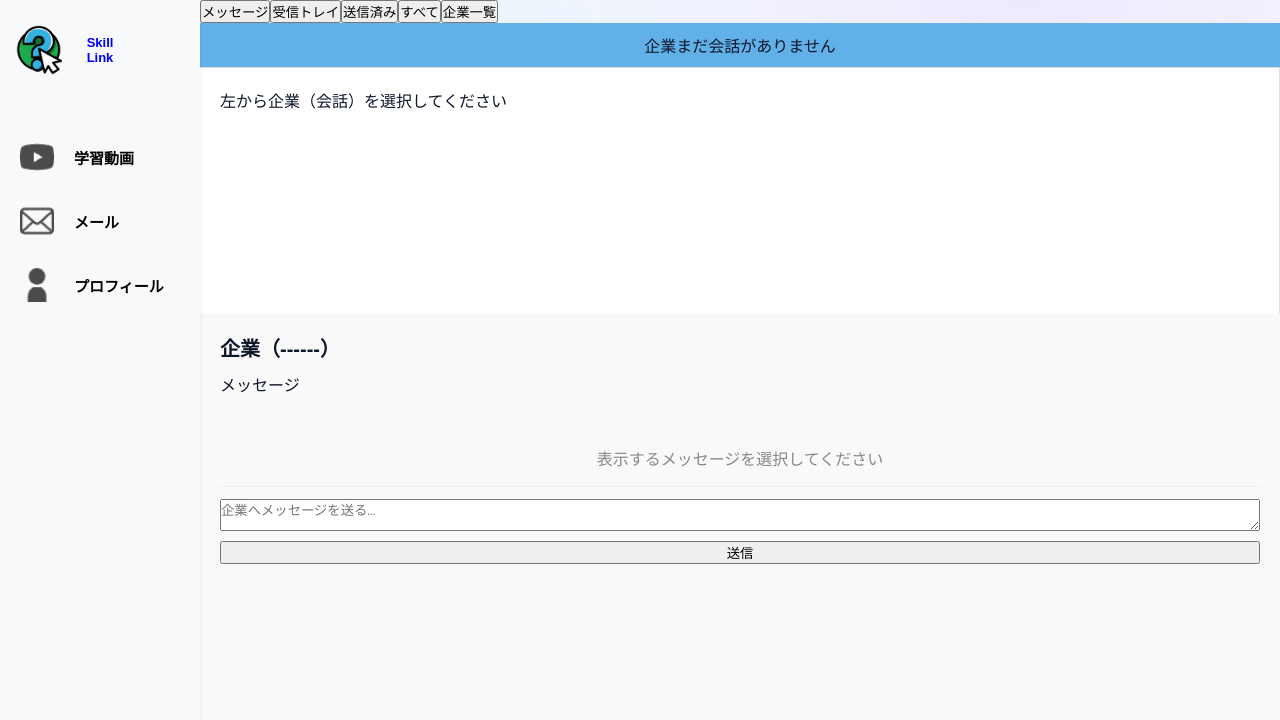
Repository: kobuchisouta/work-app
Page: /dashboard/student/mail
The author's editor kept a copy of each file at every save. The page is drawn from the files as they stood at one save, then again after the next save.
The browser window is 1280 px wide. The pictures show the whole page.
The project was rebuilt for these pictures with package versions that can differ from the ones it lists, and the page was loaded fresh each time. The framework's server and built-in components were replaced by stand-ins that run in the browser. Also part of the build but not shown: next.config.ts.

Above is the page before, as saved 2026-01-29 02:12:08.

### src/app/dashboard/layout.tsx
// src/app/dashboard/layout.tsx
import styles from "./layout.module.css";

export default function DashboardLayout({
  children,
}: {
  children: React.ReactNode;
}) {
  return <div className={styles.container}>{children}</div>;
}

### src/app/dashboard/student/layout.tsx
// src/app/dashboard/student/layout.tsx
import StudentMenubar from "@/app/components/menubar/StudentMenubar";
import styles from "../layout.module.css";

export default function StudentLayout({ children }: { children: React.ReactNode }) {
    return (
        <div className={styles.container}>
            <StudentMenubar />
            {children}
        </div>
    );
}

### src/app/globals.css
:root {
	--background: #ffffff;
	--foreground: #171717;
}

html,
body {
	max-width: 100vw;
	overflow-x: hidden;
	height: 100vh;
}

body {
	color: var(--foreground);
	background: var(--background);
	font-family: Arial, Helvetica, sans-serif;
	-webkit-font-smoothing: antialiased;
	-moz-osx-font-smoothing: grayscale;
}

* {
	box-sizing: border-box;
	padding: 0;
	margin: 0;
}

a {
	color: inherit;
	text-decoration: none;
}

@media (prefers-color-scheme: dark) {
	html {
		color-scheme: dark;
	}
}

/* src/app/globals.css */

html,
body {
  height: 100%;
}

body {
  margin: 0;
  background: radial-gradient(1200px 800px at 20% 10%, #e8f3ff 0%, transparent 55%),
    radial-gradient(900px 700px at 80% 0%, #efe9ff 0%, transparent 60%),
    #f7f8fb;
  color: #0f172a;
}

/* 任意：リンクの見た目 */
a {
  color: inherit;
  text-decoration: none;
}

### src/app/dashboard/layout.module.css
.container {
  display: flex;
  width: 100%;
  min-height: 100vh;
}

.main {
  flex: 1;
  width: 100%;
  min-width: 0;

  /* height:100vh は残しても良いけど、まずは min-height に寄せた方が安全 */
  min-height: 100vh;
  overflow-y: auto;

  background: #fff;

  /* ✅ 右側に余白を付ける（これだけで “左に詰まってる感” が減る） */
  padding: 24px 32px;
  box-sizing: border-box;
}

### src/app/components/menubar/StudentMenubar.tsx
// src/app/components/menubar/StudentMenubar.tsx
import Image from "next/image";
import styles from "./style.module.css";
import Link from "next/link";

export default function StudentMenubar() {
    return (
        <div className={styles.menuBarWrap}>
            <div className={styles.logo}>
                <Image src="/logo.png" alt="logo" width={100} height={100} priority />
                <p>Skill Link</p>
            </div>

            <div className={styles.menuBar}>
                <Link href="/dashboard/student/movie/level" className={styles.menuItem}>
                    <Image src="/playback.png" alt="logo" width={34} height={34} priority />
                    <p className={styles.menuText}>学習動画</p>
                </Link>

                <Link href="/dashboard/student/mail" className={styles.menuItem}>
                    <Image src="/mail.png" alt="logo" width={34} height={34} priority />
                    <p className={styles.menuText}>メール</p>
                </Link>

                <Link href="/dashboard/student/profile" className={styles.menuItem}>
                    <Image src="/person.png" alt="logo" width={34} height={34} priority />
                    <p className={styles.menuText}>プロフィール</p>
                </Link>
            </div>
        </div>
    );
}

### src/app/dashboard/student/mail/email.module.css
/* styles/emails.module.css */

.container {
	display: flex;
	flex-direction: column;
	height: 100vh;
	font-family: "Arial", sans-serif;
	width: 100%;
}

/* サイドバー */
.sidebar {
	width: 100%;
	background-color: #62b0e8;
	padding: 10px 20px;
	display: flex;
	justify-content: center;
	align-items: center;
	border-bottom: 1px solid #ddd;
}

.sidebar ul {
	list-style: none;
	padding: 0;
	display: flex;
	gap: 30px;
}

.sidebar li {
	color: white;
	font-size: 16px;
	font-weight: bold;
	padding: 10px 15px;
	cursor: pointer;
	border-radius: 5px;
	transition: background-color 0.3s;
}

.sidebar li:hover {
	background-color: #1f2f54;
}

.selectedFolder {
	background-color: #1f2f54;
}

/* メインコンテンツ */
.main {
	display: flex;
	flex: 1;
	overflow: hidden;
}

/* メールリスト */
.emailList {
	flex: 1;
	padding: 20px;
	overflow-y: auto;
	background-color: #fff;
	border-right: 1px solid #ddd;
}

.emailList h2 {
	font-size: 18px;
	margin-bottom: 15px;
}

.emailItem {
	padding: 15px;
	border: 1px solid #ddd;
	border-radius: 5px;
	margin-bottom: 10px;
	cursor: pointer;
	transition: background-color 0.3s, border-color 0.3s;
}

.emailItem:hover {
	background-color: #f9f9f9;
	border-color: #bbb;
}

.selected {
	background-color: #0070f3;
	color: #fff;
	border-color: #005bb5;
}

.emailItem h3 {
	margin: 0 0 5px;
	font-size: 16px;
}

.emailItem .sender {
	font-size: 14px;
	color: #555;
	margin-bottom: 5px;
}

.emailItem .preview {
	font-size: 12px;
	color: #777;
}

/* メール詳細 */
.emailDetails {
	flex: 1.5;
	padding: 20px;
	background-color: #f9f9f9;
}

.emailDetails h2 {
	font-size: 20px;
	margin-bottom: 10px;
}

.emailDetails .sender {
	font-size: 14px;
	color: #555;
	margin-bottom: 20px;
}

.noSelection {
	font-size: 16px;
	color: #888;
	text-align: center;
	margin-top: 50px;
}


.composer {
  margin-top: 16px;
  border-top: 1px solid #eee;
  padding-top: 12px;
  display: grid;
  gap: 10px;
}

.composerInput {
  width: 100%;
  min-height: 90px;
  padding: 10px;
  border: 1px solid #ddd;
  border-radius: 8px;
  resize: vertical;
  outline: none;
}

.composerBtn {
  padding: 12px;
  border: none;
  border-radius: 8px;
  background: #4caf50;
  color: #fff;
  font-weight: 700;
  cursor: pointer;
}

.composerBtn:hover {
  background: #45a049;
}

### src/app/lib/chat.ts
"use client";

import { db } from "@/firebase";
import {
  addDoc,
  collection,
  doc,
  getDoc,
  onSnapshot,
  orderBy,
  query,
  serverTimestamp,
  setDoc,
  where,
} from "firebase/firestore";

export type ConversationDoc = {
  members: string[];
  createdAt?: any;
  updatedAt?: any;
  lastMessage?: string;
};

export type MessageDoc = {
  senderUid: string;
  text: string;
  createdAt?: any;
};

export function makeConversationId(uid1: string, uid2: string) {
  return [uid1, uid2].sort().join("_");
}

export async function ensureConversation(conversationId: string, members: string[]) {
  const ref = doc(db, "conversations", conversationId);
  const snap = await getDoc(ref);

  if (!snap.exists()) {
    await setDoc(ref, {
      members,
      createdAt: serverTimestamp(),
      updatedAt: serverTimestamp(),
      lastMessage: "",
    } satisfies ConversationDoc);
  }
}

export async function sendMessage(params: {
  conversationId: string;
  senderUid: string;
  text: string;
}) {
  const { conversationId, senderUid, text } = params;

  const msgCol = collection(db, "conversations", conversationId, "messages");

  await addDoc(msgCol, {
    senderUid,
    text,
    createdAt: serverTimestamp(),
  } satisfies MessageDoc);

  await setDoc(
    doc(db, "conversations", conversationId),
    {
      updatedAt: serverTimestamp(),
      lastMessage: text,
    },
    { merge: true }
  );
}

/**
 * 自分が参加している会話を監視（orderByなし＝複合index回避）
 * 取得後にJSでupdatedAt降順に並び替えます
 */
export function listenMyConversations(
  uid: string,
  onChange: (items: { id: string; data: ConversationDoc }[]) => void,
  onError?: (e: any) => void
) {
  const q = query(collection(db, "conversations"), where("members", "array-contains", uid));

  return onSnapshot(
    q,
    (snap) => {
      const items = snap.docs.map((d) => ({
        id: d.id,
        data: d.data() as ConversationDoc,
      }));

      items.sort((a, b) => {
        const at = a.data.updatedAt?.seconds ?? 0;
        const bt = b.data.updatedAt?.seconds ?? 0;
        return bt - at;
      });

      onChange(items);
    },
    (e) => onError?.(e)
  );
}

export function listenMessages(
  conversationId: string,
  onChange: (msgs: { id: string; data: MessageDoc }[]) => void,
  onError?: (e: any) => void
) {
  const q = query(
    collection(db, "conversations", conversationId, "messages"),
    orderBy("createdAt", "asc")
  );

  return onSnapshot(
    q,
    (snap) => {
      onChange(
        snap.docs.map((d) => ({
          id: d.id,
          data: d.data() as MessageDoc,
        }))
      );
    },
    (e) => onError?.(e)
  );
}

### src/app/components/menubar/style.module.css
.menuBarWrap {
	padding: 0 20px;
	background-color: #f8f9fa;
	box-shadow: 0 2px 4px rgba(0, 0, 0, 0.1);
	top: 0;
	left: 0;
	right: 0;
	z-index: 100;
	height: 100%;
	width: 200px;
}

.logo {
	display: flex;
	justify-content: center;
	align-items: center;
	margin-right: 100px;
}
.logo p {
	font-size: 13px;
	font-weight: bold;
	color: blue;
	margin: 0;
}

.menuBar {
	display: flex;
	flex-direction: column;
	align-items: flex-start;
	gap: 30px;
	padding-top: 40px;
}

.menuItem {
	display: flex;
	align-items: center;
	gap: 20px; /* 画像とテキストの間のスペース */
}

.menuText {
	font-size: 15px;
	font-weight: bold;
	color: black;
	margin: 0; /* デフォルトのマージンをリセット */
}

Loaded but not shown: src/app/layout.tsx (common file); src/firebase.js (25 lines, source omitted); src/app/dashboard/student/mail/page.tsx (407 lines, source omitted)

After the next save:
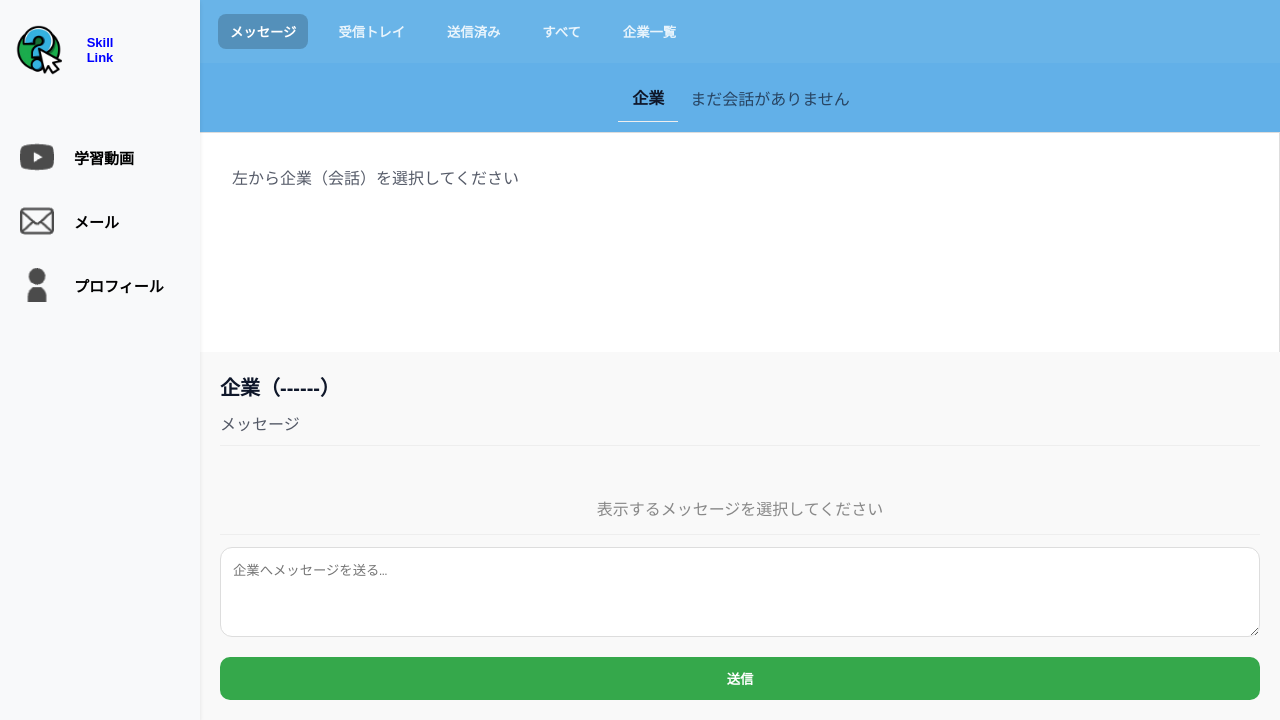
Saved 34 s later.
--- a/src/app/dashboard/student/mail/email.module.css
+++ b/src/app/dashboard/student/mail/email.module.css
@@ -158,3 +158,131 @@
 .composerBtn:hover {
   background: #45a049;
 }
+
+/* ===== 追加（足りない場合だけ） ===== */
+
+.topTabs {
+  display: flex;
+  gap: 18px;
+  padding: 14px 18px;
+  background: #69b4e8;
+  align-items: center;
+}
+
+.tab {
+  background: transparent;
+  border: none;
+  color: rgba(255,255,255,0.85);
+  font-weight: 700;
+  padding: 8px 12px;
+  border-radius: 8px;
+  cursor: pointer;
+}
+
+.activeTab {
+  background: rgba(0,0,0,0.2);
+  color: #fff;
+}
+
+.sidebarTitle {
+  font-weight: 800;
+  padding: 12px 14px;
+  border-bottom: 1px solid #eee;
+}
+
+.convList {
+  list-style: none;
+  padding: 10px;
+  margin: 0;
+}
+
+.convItem {
+  width: 100%;
+  text-align: left;
+  background: #fff;
+  border: 1px solid #e6e6e6;
+  border-radius: 12px;
+  padding: 10px 12px;
+  cursor: pointer;
+  margin-bottom: 10px;
+}
+
+.selectedConv {
+  border-color: #69b4e8;
+  box-shadow: 0 2px 10px rgba(0,0,0,0.08);
+}
+
+.convName {
+  font-weight: 800;
+}
+
+.convPreview {
+  margin-top: 6px;
+  font-size: 12px;
+  opacity: 0.7;
+}
+
+.sectionTitle {
+  font-weight: 800;
+  margin: 8px 0 12px;
+}
+
+.emptyText {
+  opacity: 0.7;
+  padding: 12px;
+}
+
+.detailHeader {
+  border-bottom: 1px solid #eee;
+  padding-bottom: 10px;
+  margin-bottom: 10px;
+}
+
+.detailSub {
+  opacity: 0.7;
+  margin-top: 6px;
+}
+
+.messageBody {
+  background: #fff;
+  border: 1px solid #eee;
+  border-radius: 12px;
+  padding: 12px;
+}
+
+.messageText {
+  margin-top: 10px;
+  line-height: 1.6;
+}
+
+.composer {
+  margin-top: 14px;
+}
+
+.textarea {
+  width: 100%;
+  min-height: 90px;
+  padding: 12px;
+  border-radius: 12px;
+  border: 1px solid #ddd;
+  outline: none;
+  resize: vertical;
+}
+
+.sendBtn {
+  width: 100%;
+  margin-top: 10px;
+  padding: 12px;
+  background: #35a84b;
+  color: #fff;
+  font-weight: 800;
+  border: none;
+  border-radius: 10px;
+  cursor: pointer;
+}
+
+.errorText {
+  color: #c0392b;
+  margin-bottom: 8px;
+  font-weight: 700;
+}
